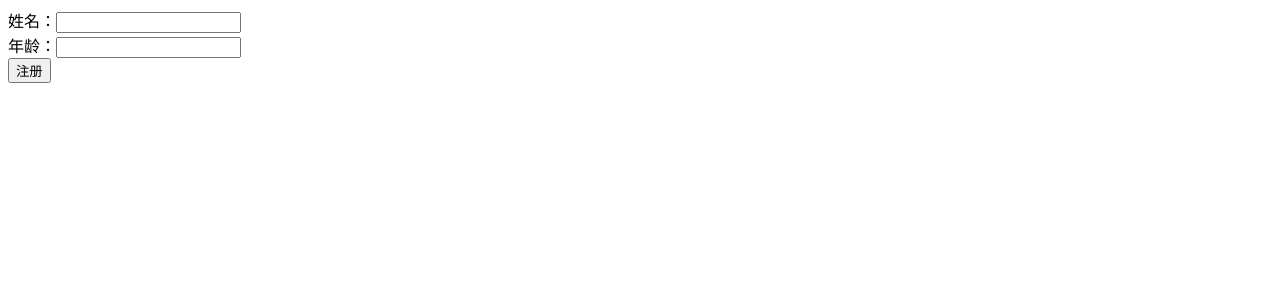
Repository: xianzhixianzhixian/SpringMVC
Page: http://localhost/47-fileUpload-single/
The author's editor kept a copy of each file at every save. The page is drawn from the files as they stood at one save, then again after the next save.
The browser window is 1280 px wide. The pictures show the whole page.
The page is served by Tomcat 9.

Above is the page before, as saved 2017-09-24 04:11:10.

After the next save:
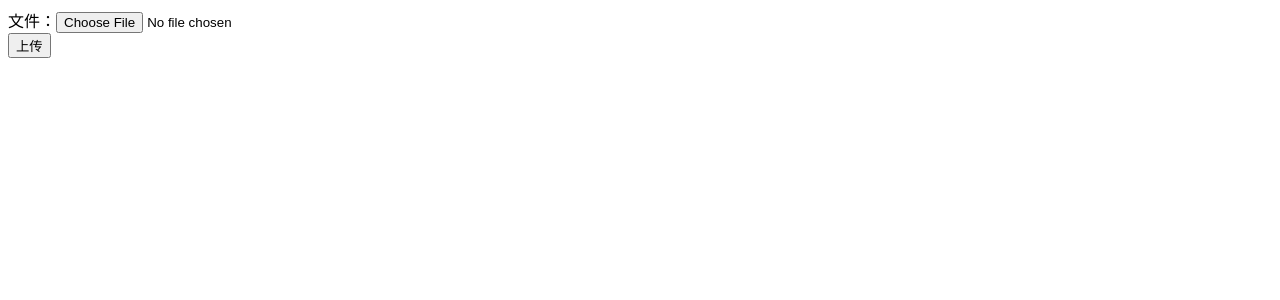
Saved 35 s later.
--- a/47-fileUpload-single/WebContent/index.jsp
+++ b/47-fileUpload-single/WebContent/index.jsp
@@ -9,9 +9,8 @@
 
 	<body>
 		<form action="${pageContext.request.contextPath}/test/register.do" method="POST" enctype="multipart/form-data">
-			姓名：<input type="text" name="name"/><br>
-			年龄：<input type="age" name="age"/><br>
-			<input type="submit" value="注册"/>
+			文件：<input type="file" name="img"/><br>
+			<input type="submit" value="上传"/>
 		</form>
 	</body>
 </html>
